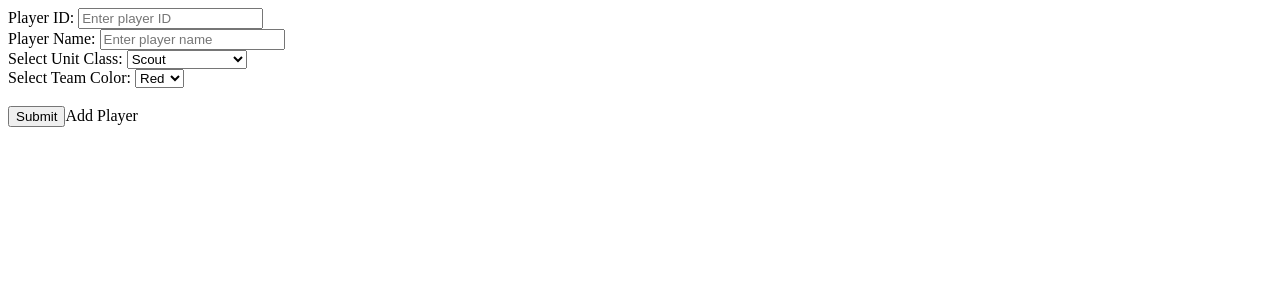
Repository: manhphugiang/springboot
Page: http://localhost/addPlayer
An editor plug-in stored every save of this project. The page is shown before and after the next save, followed by the edit.
The browser window is 1280 px wide. The pictures show the whole page.
The page is this project's Thymeleaf template; nobody is signed in. The template is opened directly, without the code that normally fills it, so the values that code supplies are empty.

Above is the page before, as saved 2025-01-10 03:17:04.

After the next save:
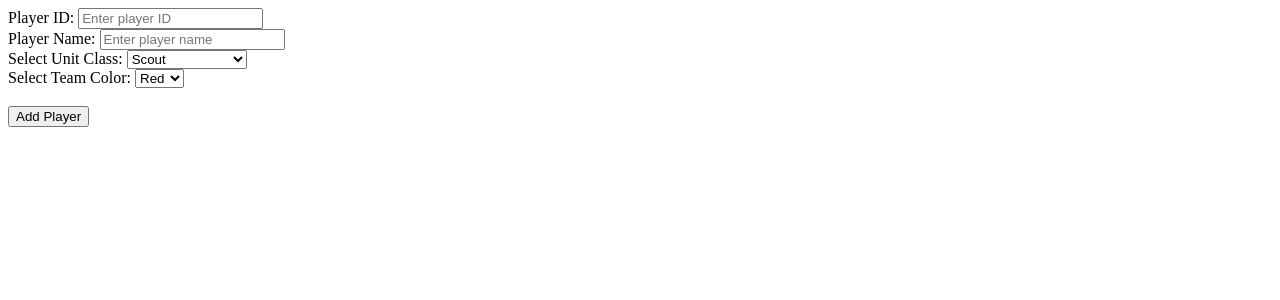
Saved 77 s later.
--- a/ex1_2ManhPhuGiang/src/main/resources/templates/addPlayer.html
+++ b/ex1_2ManhPhuGiang/src/main/resources/templates/addPlayer.html
@@ -32,6 +32,6 @@
 
 	<br>
 	<br>
-    <input type="submit">Add Player</input>
+	<input type="submit" value="Add Player" />
 </form>
 </html>
